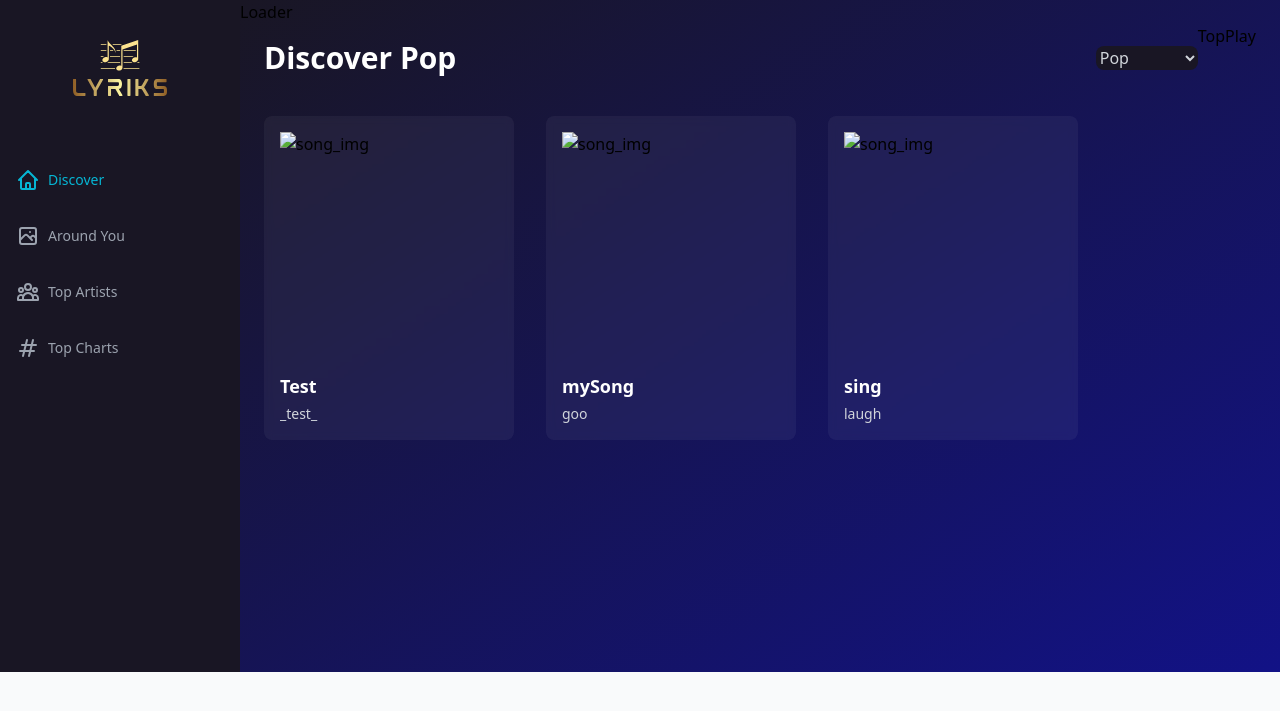
Repository: Chris24T/Dotify
Page: /
These files come from the project's save history. The page is drawn as it stood at one moment and after the next save; the edit follows.
The browser window is 1280 px wide. The pictures show the whole page.
The project was rebuilt for these pictures with package versions that can differ from the ones it lists, and the page was loaded fresh each time. Also part of the build but not shown: vite.config.js, src/components/ArtistCard.jsx, src/components/DetailsHeader.jsx, src/components/SongBar.jsx, src/components/RelatedSongs.jsx, src/components/MusicPlayer/Controls.jsx, src/components/MusicPlayer/Player.jsx, src/components/MusicPlayer/Seekbar.jsx and 11 more.

Above is the page before, as saved 2022-12-04 20:11:48.

After the next save:
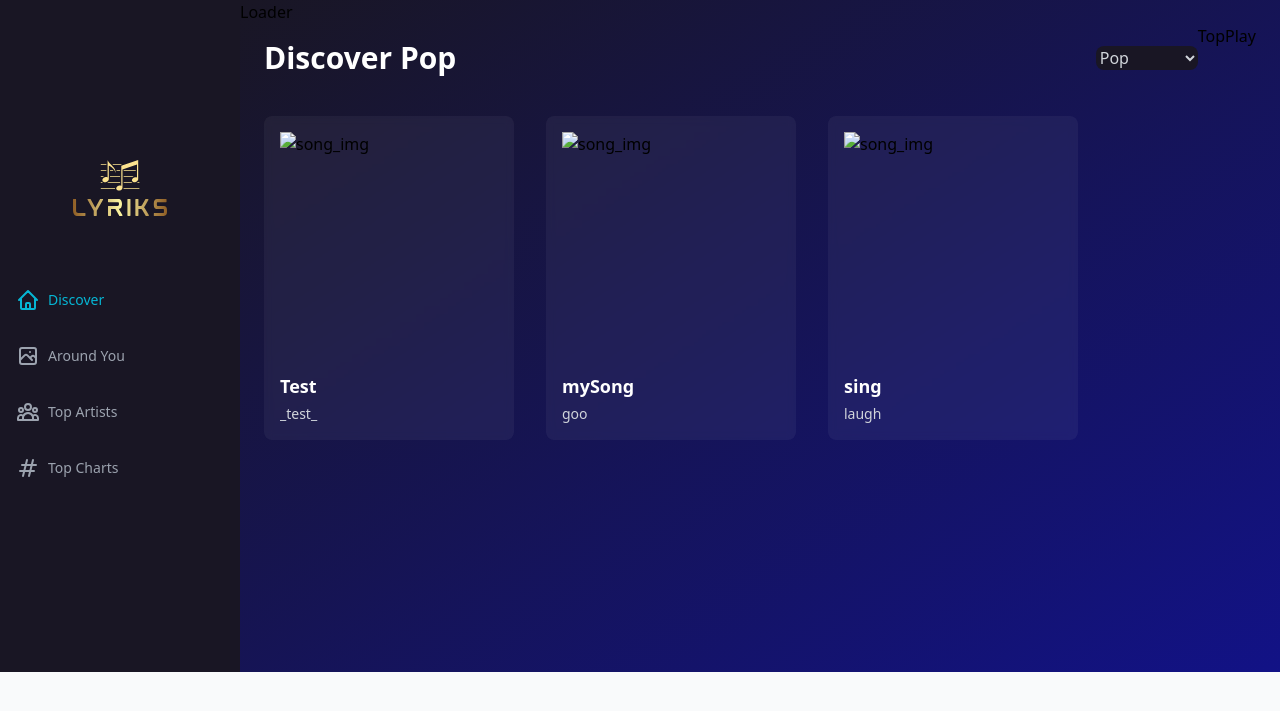
Saved 23 s later.
--- a/src/components/Sidebar.jsx
+++ b/src/components/Sidebar.jsx
@@ -29,7 +29,7 @@
 
   return (
     <>
-      <div className="md:flex hidden flex-col w-[240px] py-10 px-4 bg-[#191624]">
+      <div className="md:flex hidden flex-col justify-center w-[240px] py-10 px-4 bg-[#191624]">
         <img src={logo} alt="logo" className='="w-full h-14 object-contain' />
         <NavLinks />
       </div>

After the 2 saves that followed:
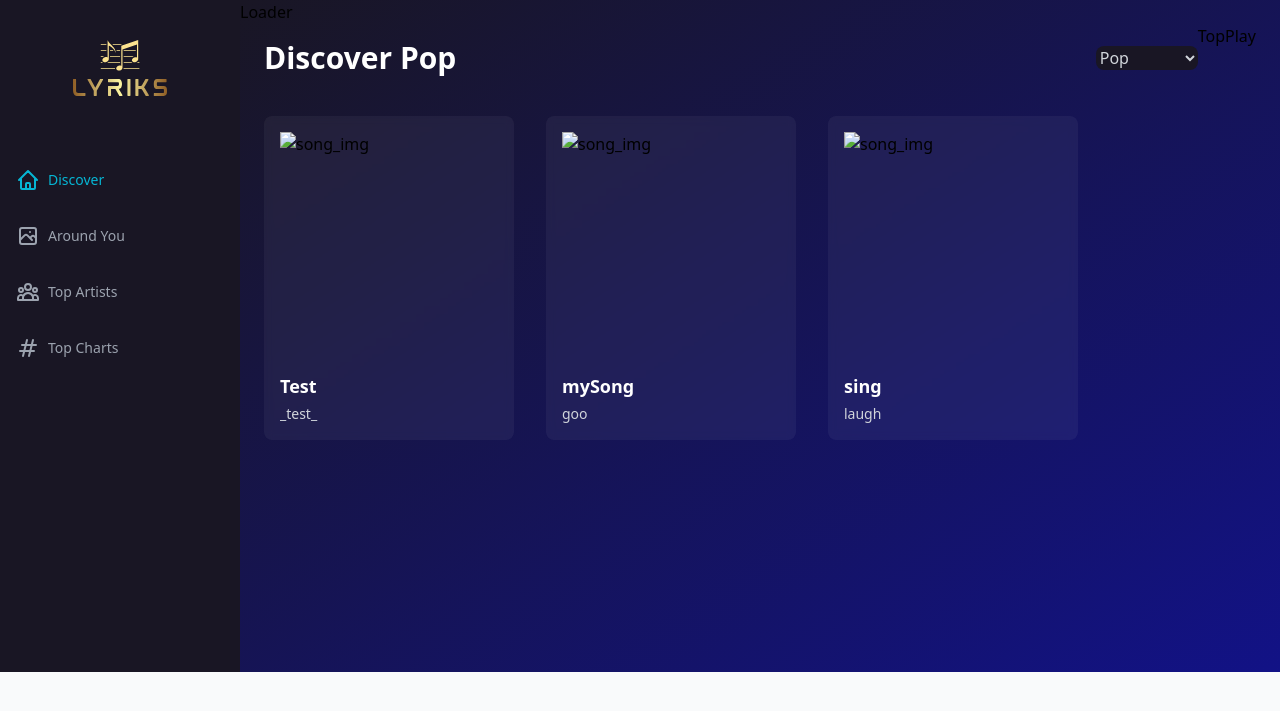
The 2 saves are shown as one change because they came seconds apart.
The last was saved 11 s later.
--- a/src/components/Sidebar.jsx
+++ b/src/components/Sidebar.jsx
@@ -29,7 +29,7 @@
 
   return (
     <>
-      <div className="md:flex hidden flex-col justify-center w-[240px] py-10 px-4 bg-[#191624]">
+      <div className="md:flex hidden flex-col w-[240px] py-10 px-4 bg-[#191624]">
         <img src={logo} alt="logo" className='="w-full h-14 object-contain' />
         <NavLinks />
       </div>
